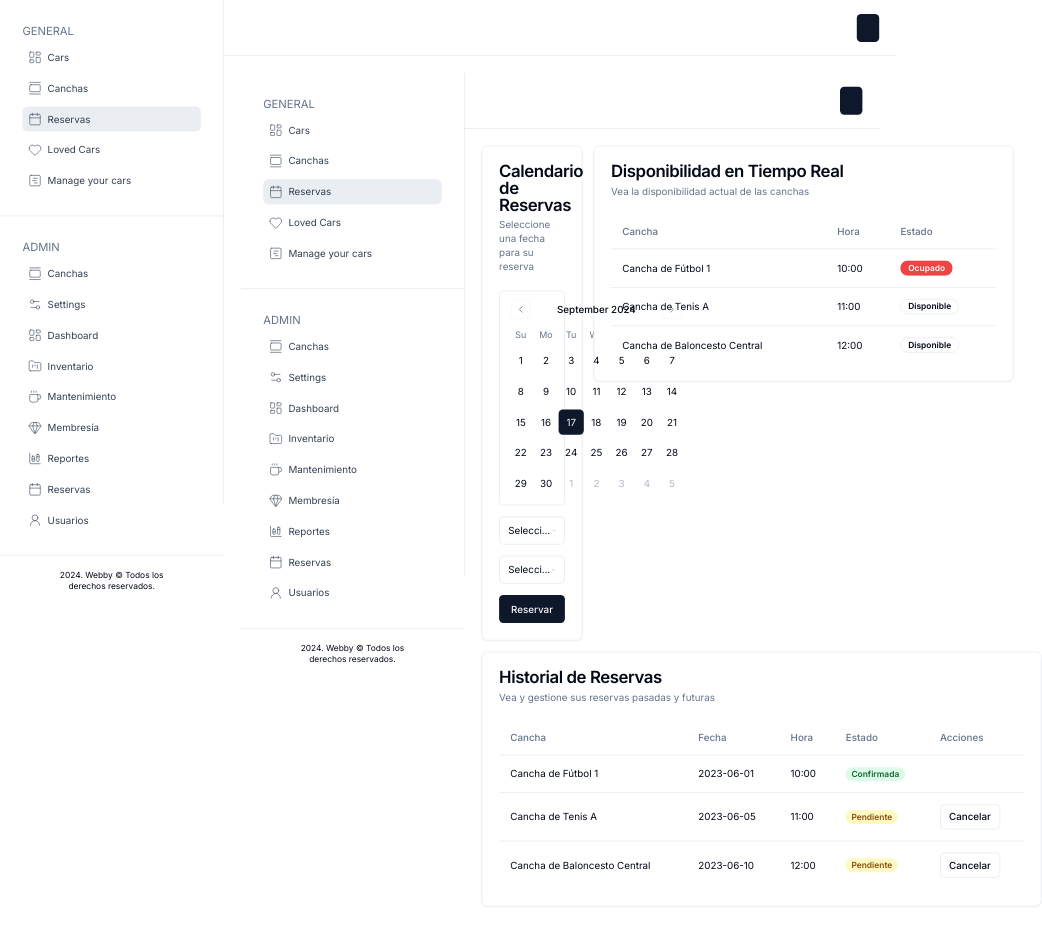
Repository: Jackson-sch/cdeporte
Page: /reservas
The author's editor kept a copy of each file at every save. The page is drawn from the files as they stood at one save, then again after the next save.
The browser window is 1280 px wide. The page is 1488 px wide, so the pictures cover 1488 px, including what lies to the right of the window. The pictures show the whole page, at 70% of full size.
The project was rebuilt for these pictures with package versions that can differ from the ones it lists, and the page was loaded fresh each time. The framework's server and built-in components were replaced by stand-ins that run in the browser. Also part of the build but not shown: next.config.mjs, src/components/ui/label.jsx, src/components/ui/input.jsx, src/components/Reservas/HistorialReserva.jsx.

Above is the page before, as saved 2024-09-17 20:07:00.

After the next save:
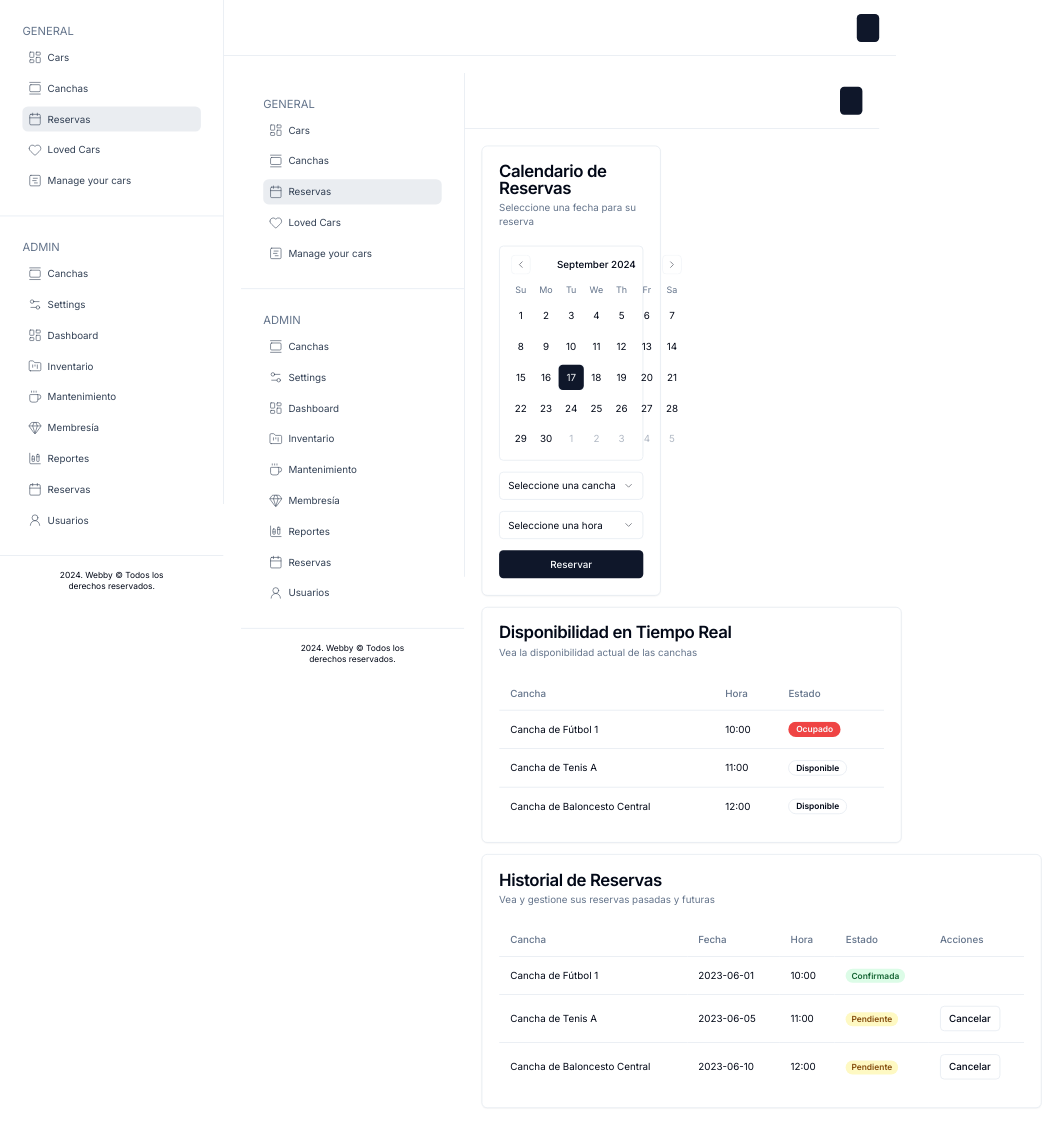
Saved 75 s later.
--- a/src/app/(routes)/(cliente)/reservas/page.jsx
+++ b/src/app/(routes)/(cliente)/reservas/page.jsx
@@ -62,7 +62,7 @@ export default function ReservationCalendar() {
   };
 
   return (
-    <div className="grid grid-cols-1 md:grid-cols-2 lg:grid-cols-7 gap-4">
+    <div className="grid grid-cols-1 md:grid-cols-2 lg:grid-cols-4 gap-4">
       <div className="col-span-2">
         <Card className="w-full">
           <CardHeader>
